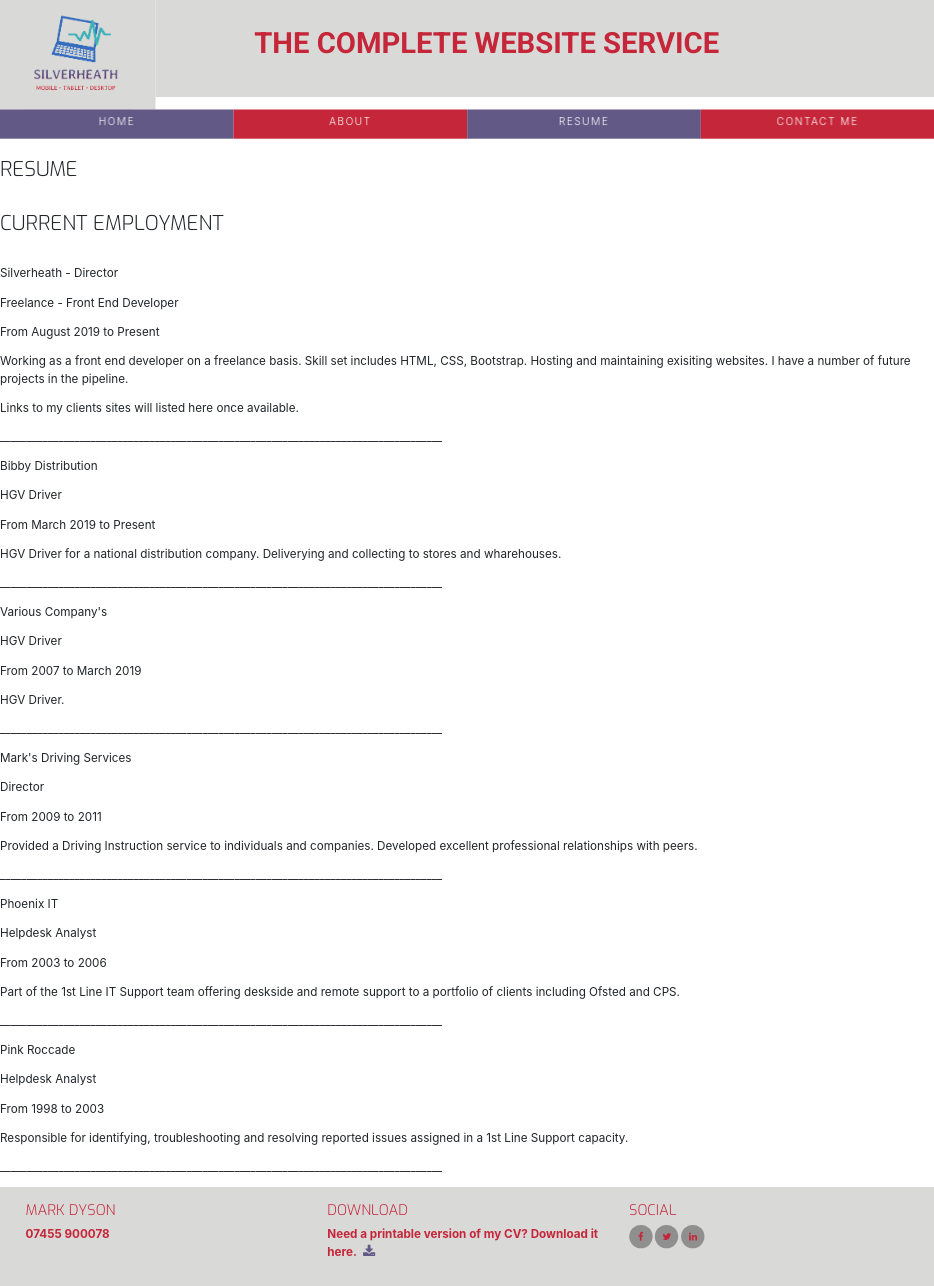
Repository: Code-Institute-Submissions/silverheath
Page: resume.html
The author's editor kept a record of every edit. The page is drawn from the files as they stood at one moment, then again after the next edit.
The browser window is 1280 px wide. The pictures show the whole page, at 73% of full size.
Some web libraries are served in a nearby version.

Above is the page before.

After the next edit:
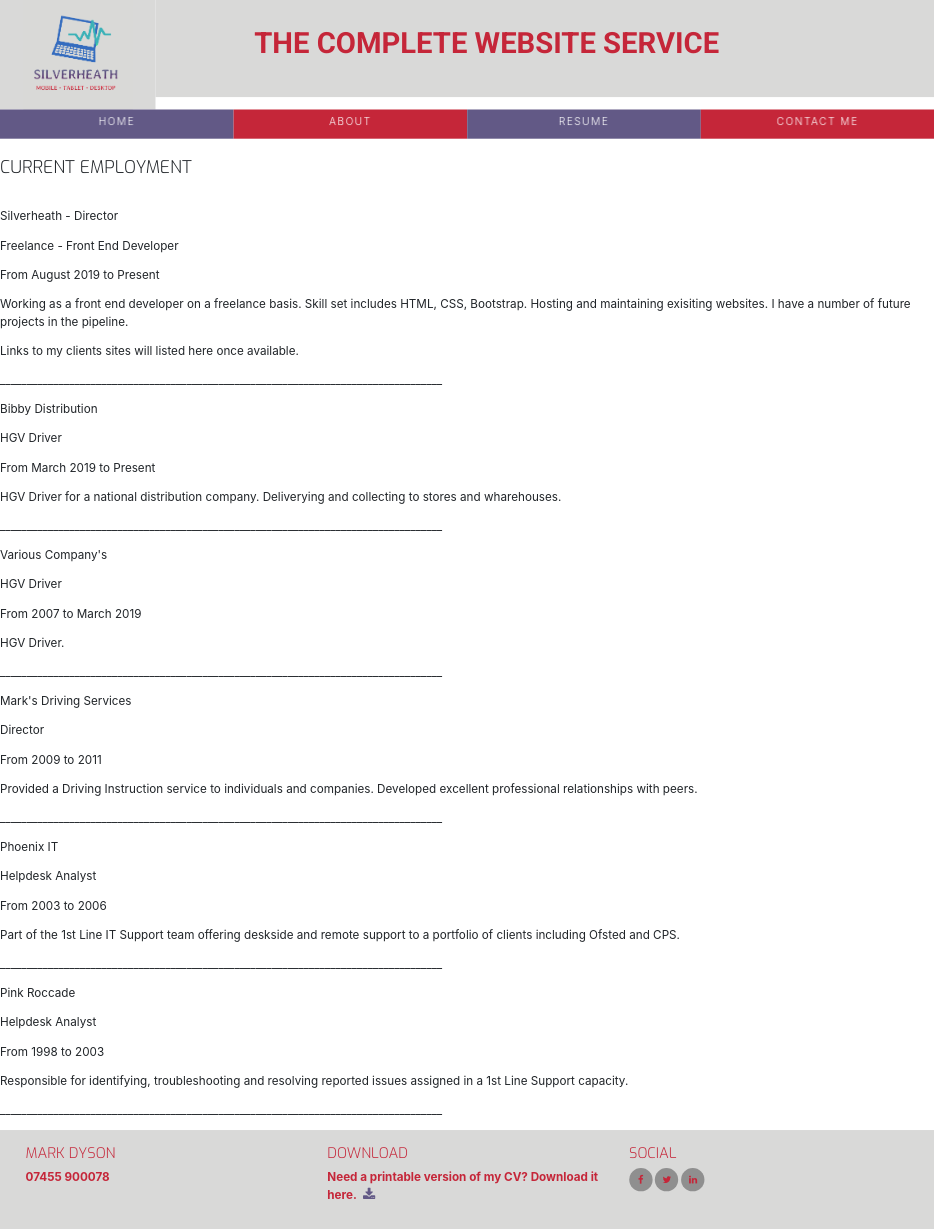
The edit:
--- a/resume.html
+++ b/resume.html
@@ -47,8 +47,7 @@
         </div>
         </div>
     </header>
-    <h3 class="section-heading uppercase intro-header">Resume</h3>
-    <h3 class="section-heading uppercase intro-header">Current Employment</h3>
+      <h4 class="section-heading uppercase intro-header">Current Employment</h4>
     <div class=intro>
         <p>Silverheath - Director</p>
         <p>Freelance - Front End Developer</p>
